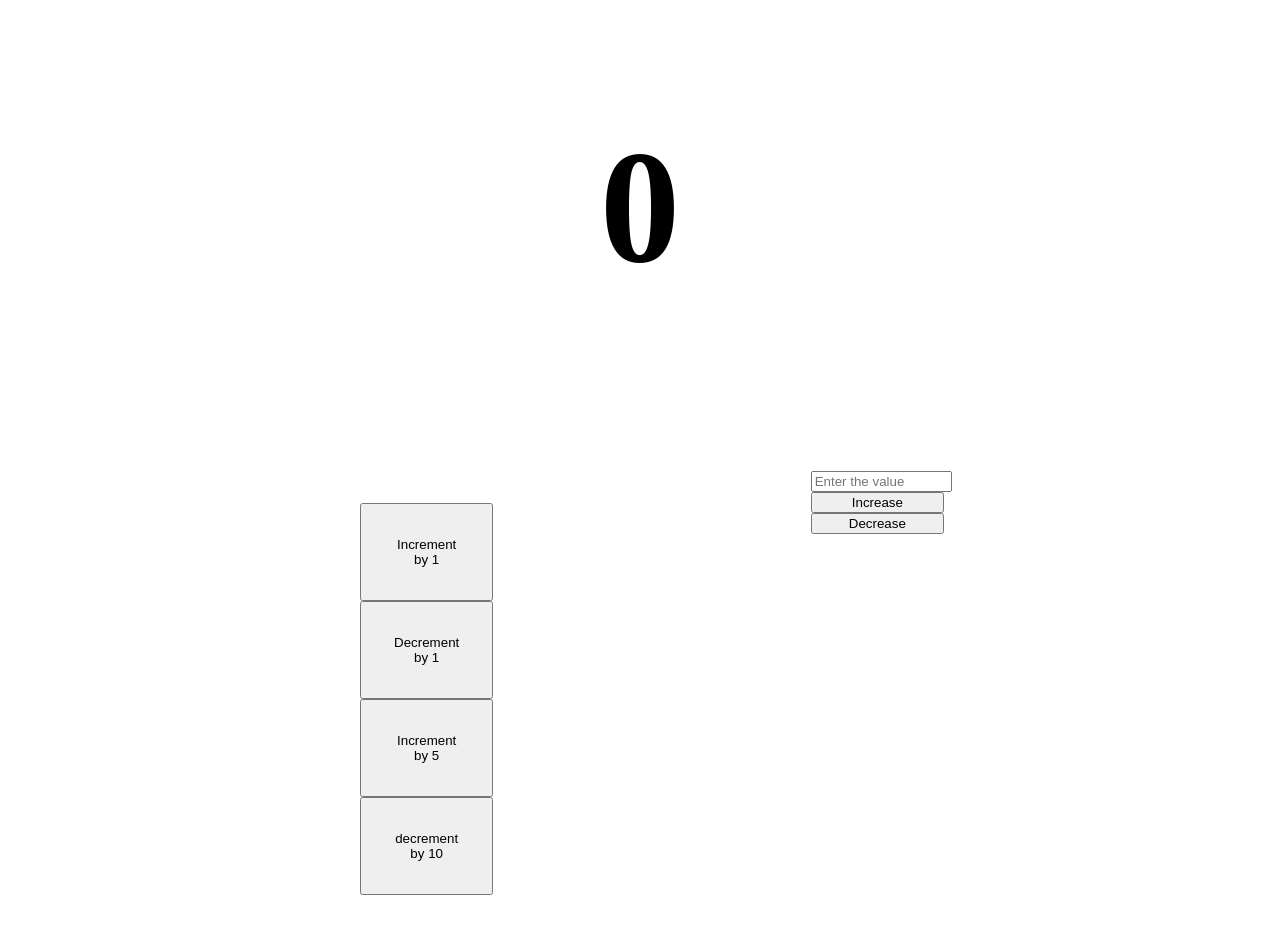
Repository: drumsmanku/micro-project-2
Page: index.html
An editor plug-in stored every save of this project. The page is shown before and after the next save, followed by the edit.
The browser window is 1280 px wide. The pictures show the whole page.

Above is the page before, as saved 2023-04-07 19:42:46.

### index.html
<!DOCTYPE html>
<html lang="en">
<head>
  <meta charset="UTF-8">
  <meta http-equiv="X-UA-Compatible" content="IE=edge">
  <meta name="viewport" content="width=device-width, initial-scale=1.0">
  <link rel="stylesheet" href="style.css">
  <title>micro Project 2</title>
</head>
<body>
  <div class="my-elements">
    <h1 id="h1-tag">0</h1>
    <div class="second-part">
      <div class="second-first-part">
        <button id="clicked-1">Increment by 1</button>
        <button id="clicked-2">Decrement by 1</button>
        <button id="clicked-3">Increment by 5</button>
        <button id="clicked-4">decrement by 10</button>
      </div>
      <div class="second-second-part">
        <input type="number" name="num" id="num" placeholder="Enter the value">
        <button id="inc-dec-1">Increase</button>
        <button id="inc-dec-2">Decrease</button>
      </div>

    </div>
  </div>
</body>
</html>

### style.css
.my-elements{
  display: flex;
  justify-content: center;
  text-align: center;
  flex-direction: column;
}
.my-elements h1{
  font-size: 10rem;
}

.second-part{
  display: flex;

  flex-wrap: wrap;
  margin-top: 4rem;
  justify-content: space-between;
}

.second-first-part{
  display: flex;
  flex-direction: column;
  margin-left: 20rem;
  padding: 2rem;
}

.second-first-part button{
  width: 10em;
  padding: 2rem;
}

.second-second-part{
  display: flex;
  flex-direction: column;
  margin-right: 20rem;
}

.second-second-part button,input{
  width: 10em;
}

After the next save:
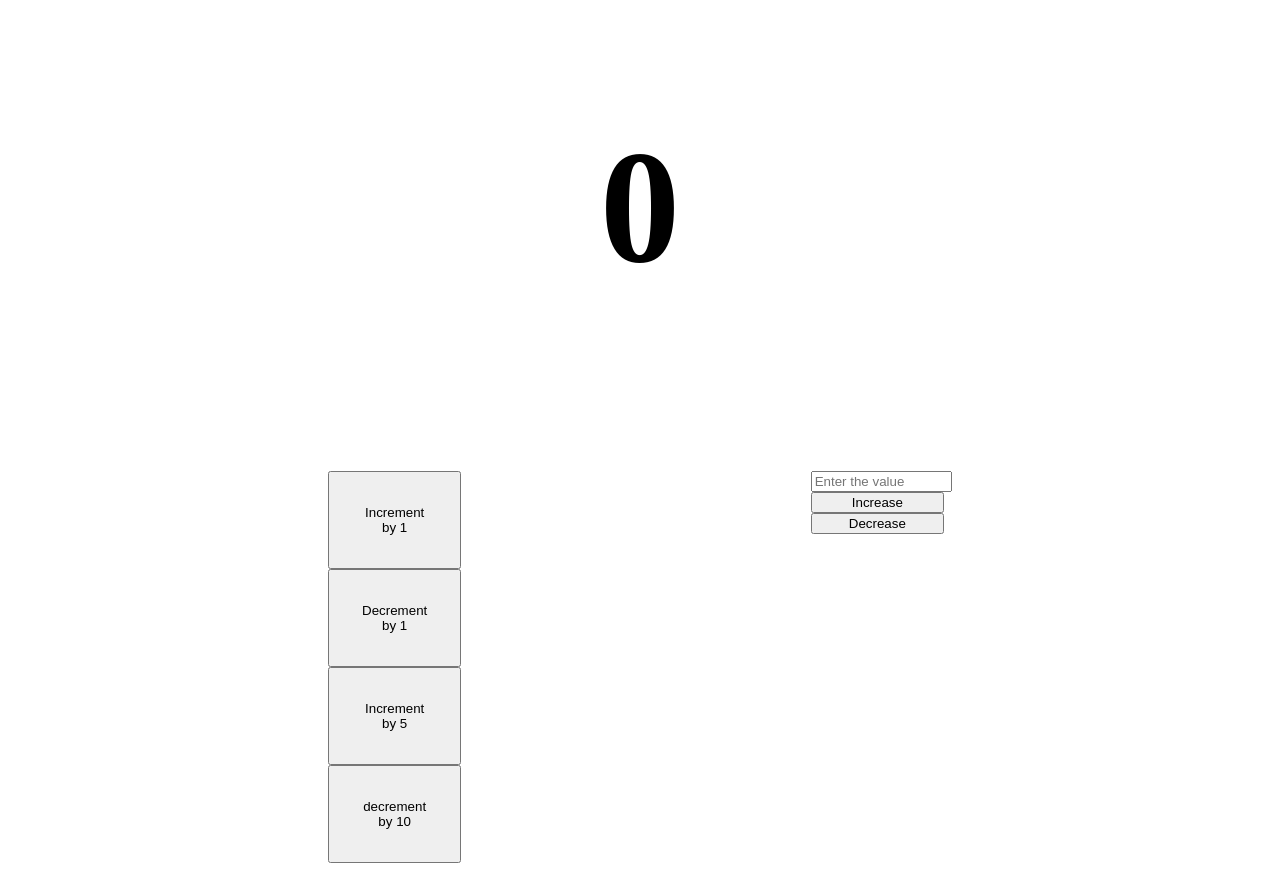
Saved 4 s later.
--- a/style.css
+++ b/style.css
@@ -20,7 +20,7 @@
   display: flex;
   flex-direction: column;
   margin-left: 20rem;
-  padding: 2rem;
+
 }
 
 .second-first-part button{
